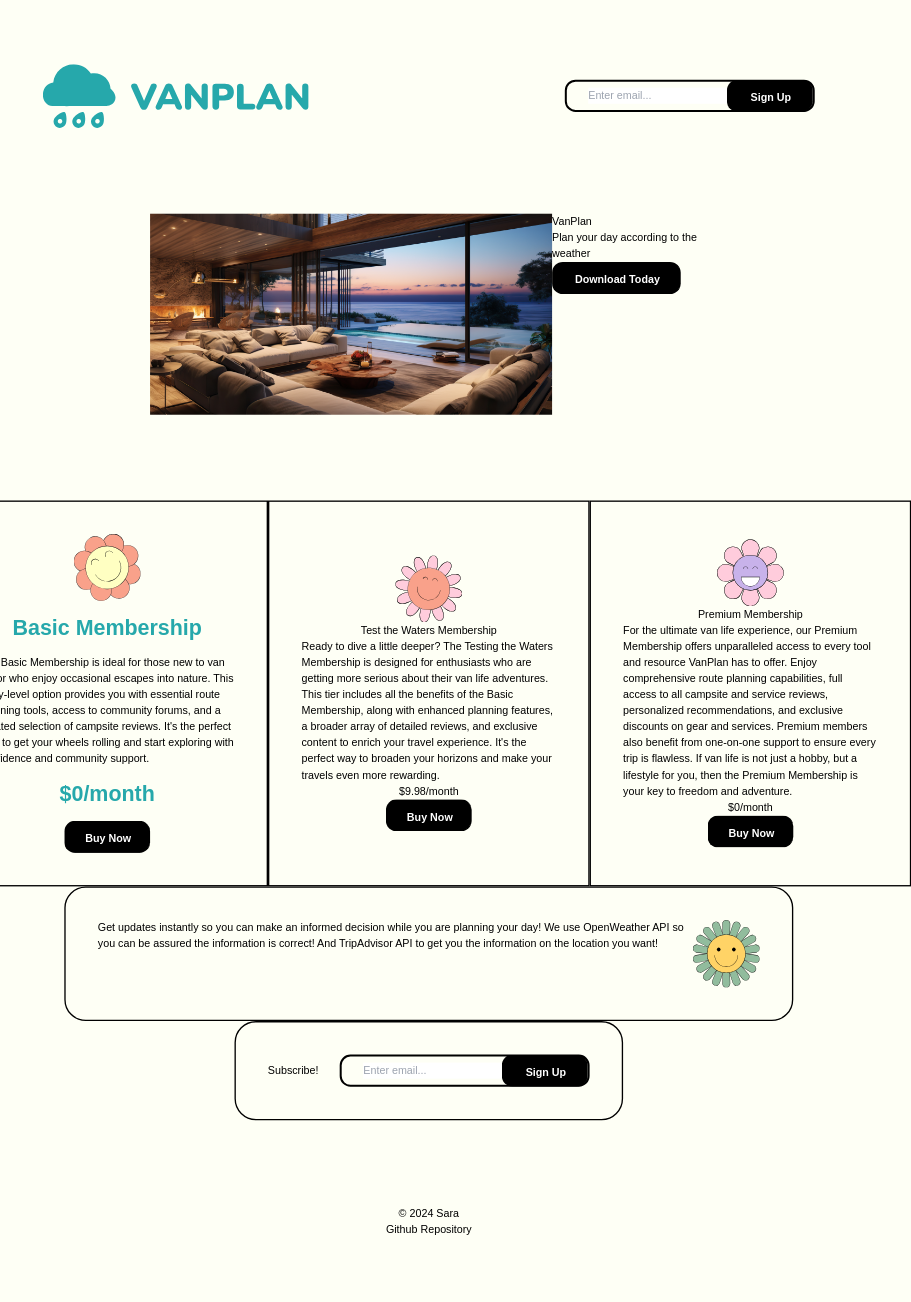
Repository: SaraShio/landing-page
Page: /
An editor plug-in stored every save of this project. The page is shown before and after the next save, followed by the edit.
The browser window is 1280 px wide. The page is 1360 px wide, so the pictures cover 1360 px, including what lies to the right of the window. The pictures show the whole page, at 67% of full size.
The project was rebuilt for these pictures with package versions that can differ from the ones it lists, and the page was loaded fresh each time. The framework's server and built-in components were replaced by stand-ins that run in the browser. Also part of the build but not shown: next.config.mjs.

Above is the page before, as saved 2024-03-08 21:40:18.

After the next save:
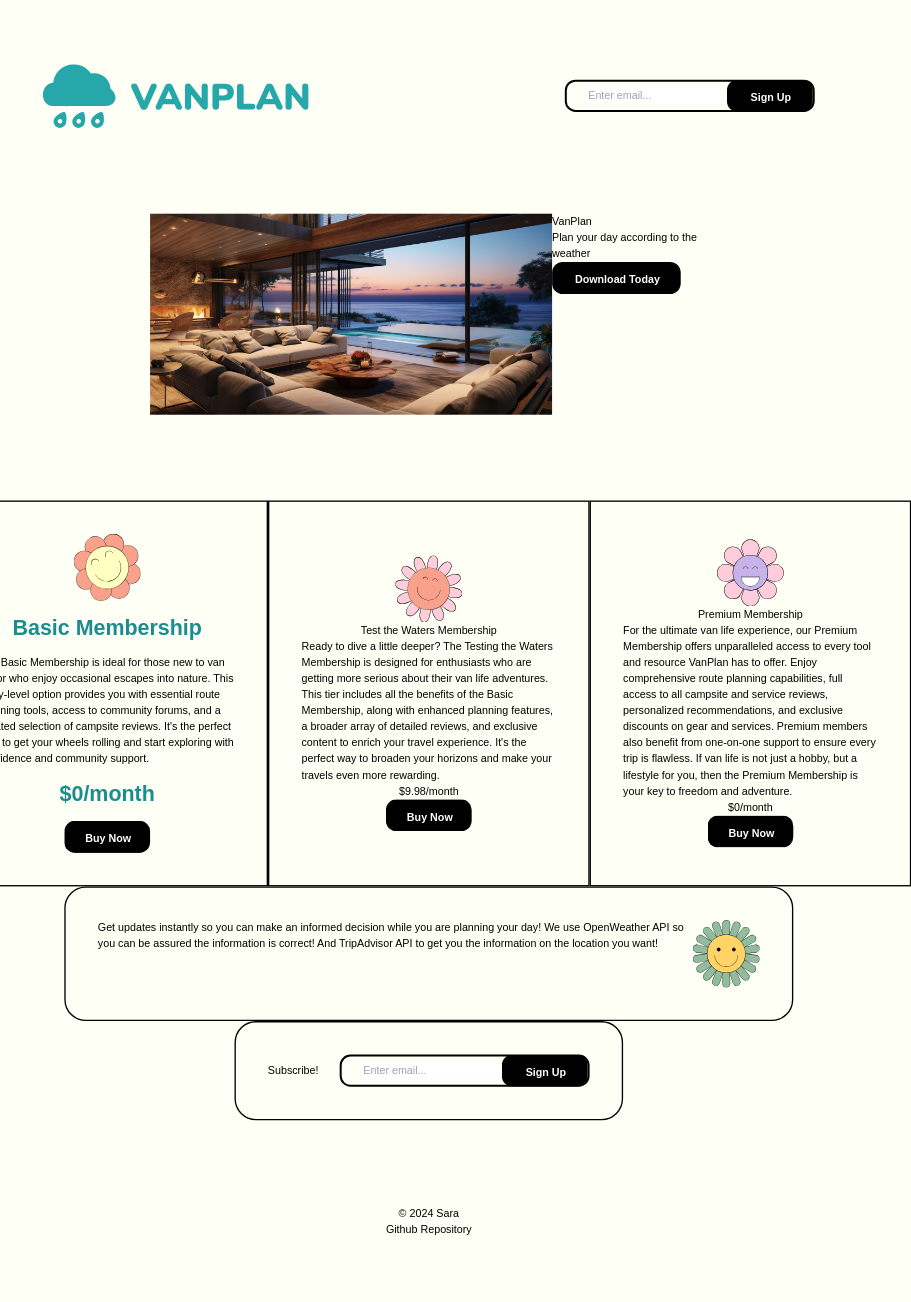
Saved 7 s later.
--- a/components/CardOne/CardOne.module.css
+++ b/components/CardOne/CardOne.module.css
@@ -10,7 +10,7 @@
 
 .card_one_container > h1 {
   font-size: 2rem;
-  color: var(--teal);
+  color: var(--dark-teal);
   font-weight: bold;
   margin-top: 1rem;
   margin-bottom: 1rem;
